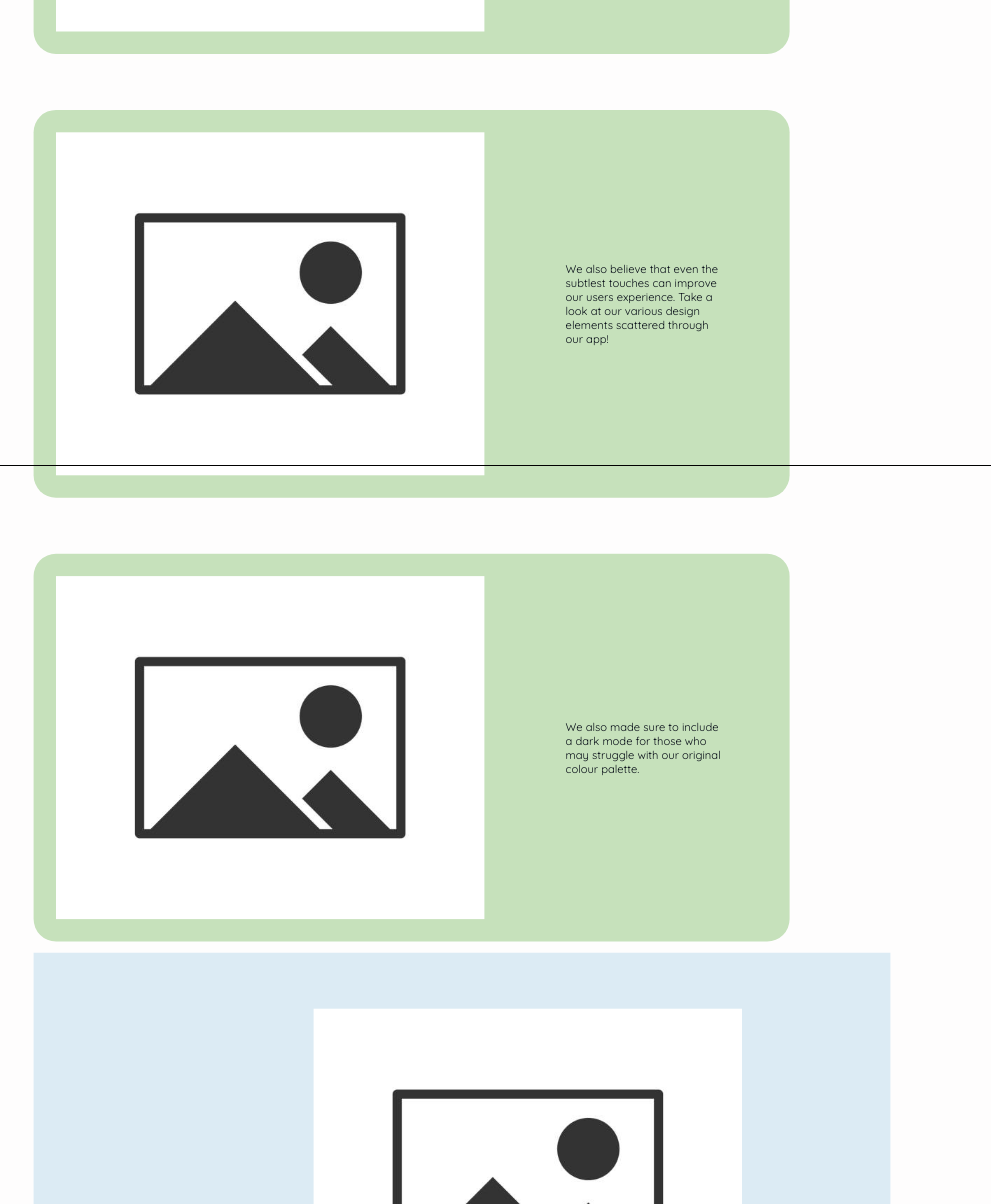
Repository: AlyssaHug/MoolahMate-A5Styleguide
Page: logos.html
An editor plug-in stored every save of this project. The page is shown before and after a run of saves, followed by the edit.
The browser window is 1280 px wide. The page is 1416 px wide, so the pictures cover 1416 px, including what lies to the right of the window. The pictures show the part of the page from y = 4780 to 6500 px (the page is 7589 px tall before and 7621 px after), at 70% of full size.

Above is the page before, as saved 2025-03-31 12:44:07.

### logos.html
<!DOCTYPE html>
<html lang="en">
<head>
    <meta charset="UTF-8">
    <meta name="viewport" content="width=device-width, initial-scale=1.0">
    <title>CashFlow - App StyleGuide</title>
    <link rel="stylesheet" href="styles.css">
    <link rel="stylesheet" href="Logo-styles.css">
    <link rel="preconnect" href="https://fonts.googleapis.com">
<link rel="preconnect" href="https://fonts.gstatic.com" crossorigin>
<link href="https://fonts.googleapis.com/css2?family=Libre+Franklin:ital,wght@0,100..900;1,100..900&family=Quicksand:wght@300..700&display=swap" rel="stylesheet">
<header class="nav">
    <ul class="navbar">
        <li class="navbar__item"><a href="home.html">Home</a></li>
        <li class="navbar__item active"><a href="logos.html">Logos</a></li>
        <li class="navbar__item"><a href="colors.html">Colors</a></li>
        <li class="navbar__item"><a href="typography.html">Typography and Components</a></li>
        <li class="navbar__item"><a href="references.html">References</a></li>
    </ul>
</header>
</head>
<body class="page-content">
    <h1 class="page__title">Our Logos </h1>
<div class = "rationale">
    <div class="rationale__why">
        <h2 class="rationale__title">Why our logo?</h2>
        <p class="rational__why-1">
            We chose a cow logo to help represent both our name and to help foster and create a welcoming environment for users </p>
        <p class="rational__why-2">
            Cows are also a symbol of prosperity and abundance, which is something we also wish for users to experience and achieve!
        </p>
        <p class="rational__why-3">
            MooMoo is a friend to all! Lazy yet playful, this hungry little fellow loves accompanying you and helping with all your financial needs!
        </p>
    </div>
    <img class="title__image" src="images/mistermoomoonotext.svg" alt="">
</div>
<div class="logos">
    <h2 class="logo__title">Our logos:</h2>
    <div class="logo__drawings">
        <ul class="logo__drawings-list">
            <li class="logo-1">
                <p class="logo-text">Full Colour Logo</p>
                <img class="moomoo-1" src="images/placeholder.jpg" alt="">
            </li>
            <li class="logo-2">
                <p class="logo-text">Black and White</p>
                <img class="moomoo-2" src="images/placeholder.jpg" alt="">
            </li>
            <li class="logo-3">
                <p class="logo-text">Greyscale</p>
                <img class="moomoo-3" src="images/placeholder.jpg" alt="">
            </li>
            <li class="logo-4">
                <p class="logo-text">Monochromatic</p>
                <img class="moomoo-4" src="images/placeholder.jpg" alt="">
            </li>
            <li class="logo-5">
                <p class="logo-text">Horizontal Version</p>
                <img class="moomoo-5" src="images/placeholder.jpg" alt="">
            </li>
            <li class="logo-6">
                <p class="logo-text">Stacked/Vertical Version</p>
                <img class="moomoo-6" src="images/placeholder.jpg" alt="">
            </li>
        </ul>
    </div>
</div>
<div class="favicon__bg">
    <h2 class="favicon__title">Favicon Variations</h2>
        <div class="favicon">
                <img class="moomoo-7" src="images/placeholder.jpg" alt="">
                <div class="moomoo-7-variation">
                    <ul class="variations">
                        <li>
                            <p class="variation__text">16 by 16 pixels</p>
                            <img class="moomoo-7-variation-1" src="images/placeholder.jpg" alt="">
                        </li>
                        <li>
                            <p class="variation__text">32 by 32 pixels</p>
                            <img class="moomoo-7-variation-2" src="images/placeholder.jpg" alt="">
                        </li>
                        <li>
                            <p class="variation__text">48 by 48 pixels</p>
                            <img class="moomoo-7-variation-3" src="images/placeholder.jpg" alt="">
                        </li>
                    </ul>
                </div>
            </li>
    </div>
</div>

    <h1 class="graphics-and-icons__title">Graphics and Icons</h1>
    <ul class="graphics-and-icons-list">
        <li class="graphics-and-icons__1">
            <img class= "graphics-and-icons__img1" src="images/placeholder.jpg">
            <p class="graphics-and-icons__text1">
                With our imagery and icons, we strived for designs that were accessible and inclusive to everyone who used our app. We wanted to use simple icons that were universally known and understood.
            </p>
        </li >
        <li class="graphics-and-icons__2">
            <img class= "graphics-and-icons__img2" src="images/placeholder.jpg">
            <p class="graphics-and-icons__text2">
                We chose Iconduck to help use create a clean and organized Navbar for our users!
            </p>
        </li>
        </ul>
        <ul class="graphics-and-icons__list2">
        <li class="graphics-and-icons__3">
            <img class= "graphics-and-icons__img3" src="images/placeholder.jpg">
            <p class="graphics-and-icons__text3">
                Here are some of the icons found in our app! We believe in both simple and playful designs that engage the user!
            </p>
        </li>
        <li class="graphics-and-icons__4">
            <img class= "graphics-and-icons__img4" src="images/placeholder.jpg">
            <p class="graphics-and-icons__text4">
                We also believe that even the subtlest touches can improve our users experience. Take a look at our various design elements scattered through our app!
            </p>
        </li>
        <li class="graphics-and-icons__5">
            <img class= "graphics-and-icons__img5" src="images/placeholder.jpg">
            <p class="graphics-and-icons__text5">
                We also made sure to include a dark mode for those who may struggle with our original colour palette.
            </p>
        </li>
    </ul>


    <ul class="graphics-and-icons_pt2">
        <li class="graphics-and-icons__6">
            <img class= "graphics-and-icons__img6" src="images/placeholder.jpg">
            <p class="graphics-and-icons__text6">
                We chose the imagery and icons in our app due to both their inclusivity and accessibility. The icons are simple and understandable for our users, after all, expenses and banking are already difficult as is. We wanted something all users would be able to navigate and use with ease to ensure security and trust in our app. We made sure our icons and image sizing were just right for everyone. We also did various tests with our colours to make sure the contrast was right for all users.
            </p>
        </li>
        <li class="graphics-and-icons__7">
            <img class= "graphics-and-icons__img7" src="images/placeholder.jpg">
            <p class="graphics-and-icons__text7">
                We chose to keep our app simple, clean, and calming to meet the needs and preferences of our users. Privacy, complexity, and a lack of accessibility are all problems many people face with expense apps, and we aimed to eliminate these issues. Our clean designs, stable colours and straightforward imagery all foster a welcoming and inclusive user experience.
            </p>
        </li>
    </ul>


</body>
</html>

### styles.css
html {
    font-family: "Quicksand", "Libre Franklin";
    color: #090F19;
    background-color: #FEFDFD;
}

.navbar{
    position: fixed;
    top: 0;
    left: 0;
    width: 105%;
    list-style-type: none;
    margin-top: -10px;
    padding: 0;
    padding-top: 10px;
    overflow: hidden;
    background-color: #ACD39D;
    box-shadow: 0 4px 4px #01430e61;
}
.navbar__item {
    float: left;
    text-align: center;
}

li a {
    display: block;
    padding: 24px 16px;
     color: #090F19;
    text-decoration: none;
    font-weight: bold;
    font-size: 20px;
}
li a:hover {
    color: #FEFDFD;
    background-color: #445063;
}
.active {
    background-color: #C6E1BB;
    color: #526F53;
}
.page-title {
font-size: 60px;
text-align: center;
}
.page-content {
    padding-top: 60px;
}
h3 {
    font-size: 32px;
    margin-bottom: -10px;
}
.page-footer {
    padding-top: 5px;
    padding-bottom: 6px;
    text-align: center;
    background-color: #F3F9F0;
    box-shadow: 0 -4px 4px #0000003b;
    width: 105%;
    margin-left: -10px;
}

### Logo-styles.css
html {
    background-color: #FEFDFD;
}


.page__title {
    text-align: center;
    font-size: 4em;
    color: #152916;
}

.rationale {
    display: flex;
    background-image: url(https://static.vecteezy.com/system/resources/previews/007/075/892/non_2x/meadow-grass-meadow-background-grassy-landscape-free-vector.jpg);
    background-position: center;
    background-repeat: no-repeat;
    background-size: cover;
    border-radius: 2em;
    align-items: center;
    justify-content: center;
    margin: 0 auto;
    gap: 20px;
    max-width: 90em;
}

.rationale__why {
flex: 1;
margin-left: 4em;
}

.rationale__title {
  font-size: 2.5em;
  text-decoration: underline;
  color: #4b5961;
}

.title__image {
    max-width: 30%;
    margin-top: 10em;
    margin-bottom: 5em;
    margin-right: 10em;
}

.rational__why-1, .rational__why-2, .rational__why-3 {
    color: #0c1421;
}


.logo__drawings-list {
    display: flex;
    flex-wrap: wrap;
    gap: 40px 20px;
    list-style: none;
    padding: 0;
    margin-left: 8em;
    margin-right: 5em;
}

.logo__drawings-list li {
    flex: 1 1 auto;
    max-width: 200px;
    text-align: center;
}

.moomoo-1, .moomoo-2, .moomoo-3, .moomoo-4, .moomoo-5, .moomoo-6 {
    max-width: 100%;
}

.logo-1, .logo-2, .logo-3, .logo-4, .logo-5, .logo-6 {
    font-size: 1.5em;
    background-color: #acd39d;
    padding: 90px;
    border-radius: 8px;
    text-align: center;
}

.logos {
    margin-left: 4em;
    margin-top: 7em;
    margin-bottom: 10em;
}


.logo__title {
    font-size: 2.5em;
    color:  #152916;
}

 .logo-text {
 margin-top: -2em;
 margin-bottom: 2em;
 color: #37502d;
}

.variations {
    display: flex;
    flex-wrap: nowrap;
    gap: 2px;
    list-style: none;
    padding: 0;
    margin: 0;
    justify-content: flex-start;
    align-items: center;
    margin-left: 12em;
}

.variations li p {
    color: #445063;
}

.favicon__title {
    font-size: 2.5em;
    color:  #152916;
    margin-left: 15em;
    margin-bottom: 0.5em;
    text-decoration: underline;
}

.variations img {
    max-width: 50%;
}

.moomoo-7 {
    margin-left: 30em;
    margin-bottom: 3em;
}

.favicon__bg {
    background-color: #dcebf4;
    padding-top: 5em;
    padding-bottom: 5em;
    border-radius: 2em;
}

.variation__text {
    margin-left: 3em;
}

.graphics-and-icons-list {
    display: grid;
    grid-template-columns: auto auto;
    list-style: none;
    gap: 3em;
}

.graphics-and-icons-list li p {
    margin-right: 3em;
    color: #48693b;
    text-align: center;
}

.graphics-and-icons-list li {
    background-color:#d9ebd1;
    padding-left: 3em;
    border-radius: 2em;
}

.graphics-and-icons__title {
    font-size: 2.5em;
    margin-left: 3em;
    margin-top: 4em;
    color:  #152916;
}

.graphics-and-icons-list li img {
    margin-top: 2em;
}

.graphics-and-icons__3, .graphics-and-icons__4, .graphics-and-icons__5{
    display: flex;
    border-radius: 2em;
    align-items: center;
    justify-content: center;
    margin: 0 auto;
    gap: 20px;
    max-width: 90em;
    margin-right: 9em;
}

.graphics-and-icons__list2 li {
    background-color:#c6e1bb;
    margin-top: 5em;
    padding-top: 2em;
    padding-bottom: 2em;
}

.graphics-and-icons__list2 li p {
    margin-right: 6em;
    margin-left: 6em;
    color: 48693b;
}

.graphics-and-icons__list2 li img {
   margin-left: 2em;
}

.graphics-and-icons_pt2 {
    list-style: none;
}

.graphics-and-icons_pt2 p {
    text-align: center;
    margin-top: -4em;
    margin-left: 4em;
    margin-right: 4em;
}

.graphics-and-icons_pt2 img {
    margin-left: 25em;
    max-width: 50%;
}


.graphics-and-icons__6, .graphics-and-icons__7 {
    background-color: #dcebf4;
    padding-top: 5em;
    padding-bottom: 5em;
    margin-bottom: 3em;
}

After the next 2 saves:
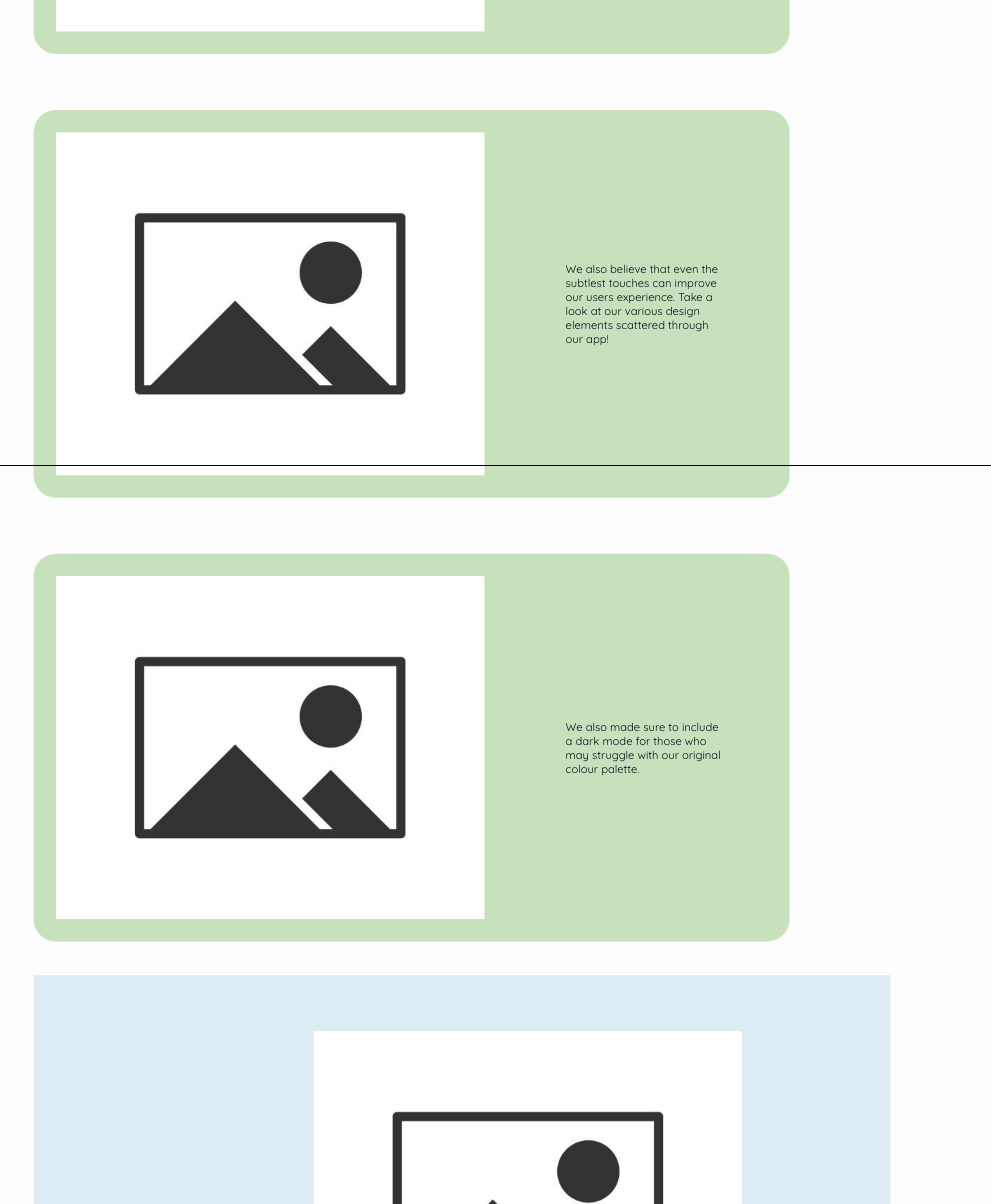
The 2 saves are shown as one change because they came seconds apart.
The last was saved 9 s later.
--- a/Logo-styles.css
+++ b/Logo-styles.css
@@ -216,4 +216,5 @@
     padding-top: 5em;
     padding-bottom: 5em;
     margin-bottom: 3em;
-}
+    margin-top: 3em;
+}
